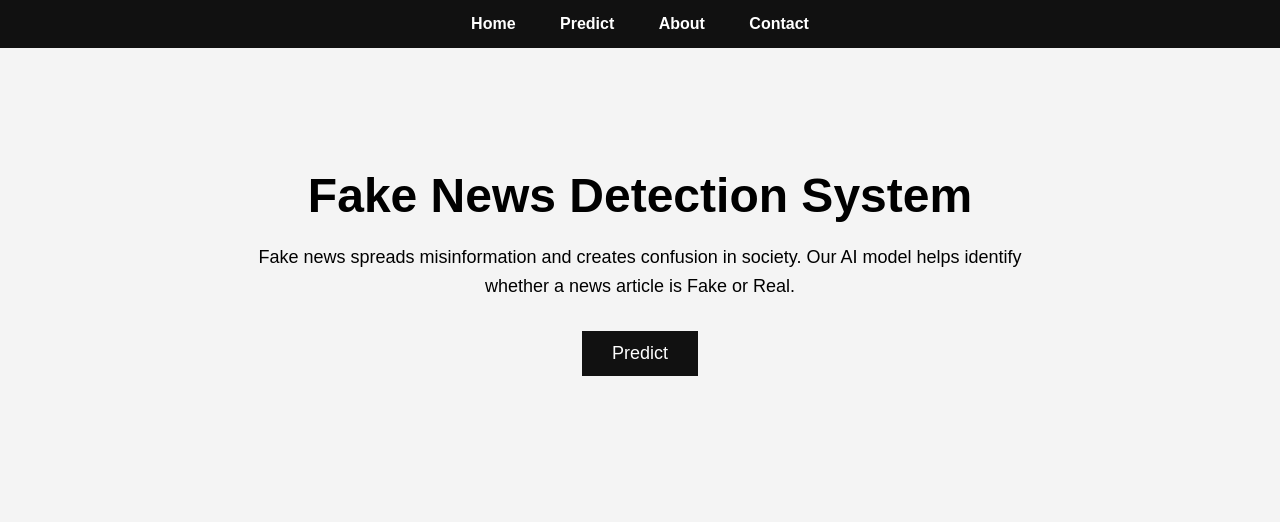
Repository: asadpathan2002-bot/Sprint1
Page: frontend/home.html
An editor plug-in stored every save of this project. The page is shown before and after the next save, followed by the edit.
The browser window is 1280 px wide. The pictures show the whole page.

Above is the page before, as saved 2026-02-21 23:55:09.

After the next save:
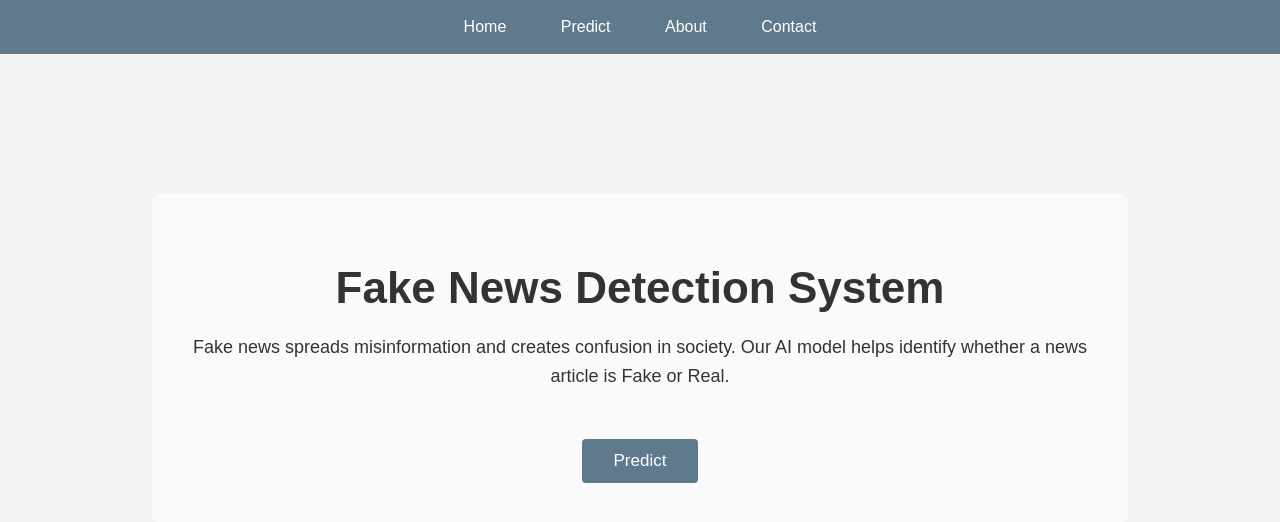
Saved 3 min 12 s later.
--- a/frontend/home.html
+++ b/frontend/home.html
@@ -6,56 +6,63 @@
         body {
             margin: 0;
             font-family: Arial, sans-serif;
-            background-color: #f4f4f4;
+            background-color: #f1f3f5; /* Pale Gray */
             text-align: center;
+            color: #333;
         }
 
         nav {
-            background-color: #111;
-            padding: 15px;
+            background-color: #5f7a8c; /* Dusty Blue */
+            padding: 18px;
         }
 
         nav a {
-            color: white;
-            margin: 0 20px;
+            color: #ffffff;
+            margin: 0 25px;
             text-decoration: none;
-            font-weight: bold;
+            font-weight: 500;
+            font-size: 16px;
         }
 
         nav a:hover {
-            color: #00ffcc;
+            text-decoration: underline;
         }
 
         .hero {
-            margin-top: 120px;
+            margin-top: 140px;
+            padding: 40px;
+            background-color: #fafafa; /* Off-White */
+            width: 70%;
+            margin-left: auto;
+            margin-right: auto;
+            border-radius: 8px;
         }
 
         h1 {
-            font-size: 48px;
+            font-size: 44px;
             margin-bottom: 20px;
         }
 
         p {
             font-size: 18px;
-            width: 60%;
-            margin: auto;
             line-height: 1.6;
         }
 
         .btn {
             margin-top: 30px;
-            padding: 12px 30px;
-            font-size: 18px;
-            background-color: #111;
+            padding: 12px 32px;
+            font-size: 17px;
+            background-color: #5f7a8c; /* Dusty Blue */
             color: white;
             border: none;
+            border-radius: 4px;
             cursor: pointer;
             text-decoration: none;
             display: inline-block;
         }
 
         .btn:hover {
-            background-color: #00b894;
+            background-color: #4c6676;
         }
     </style>
 </head>
